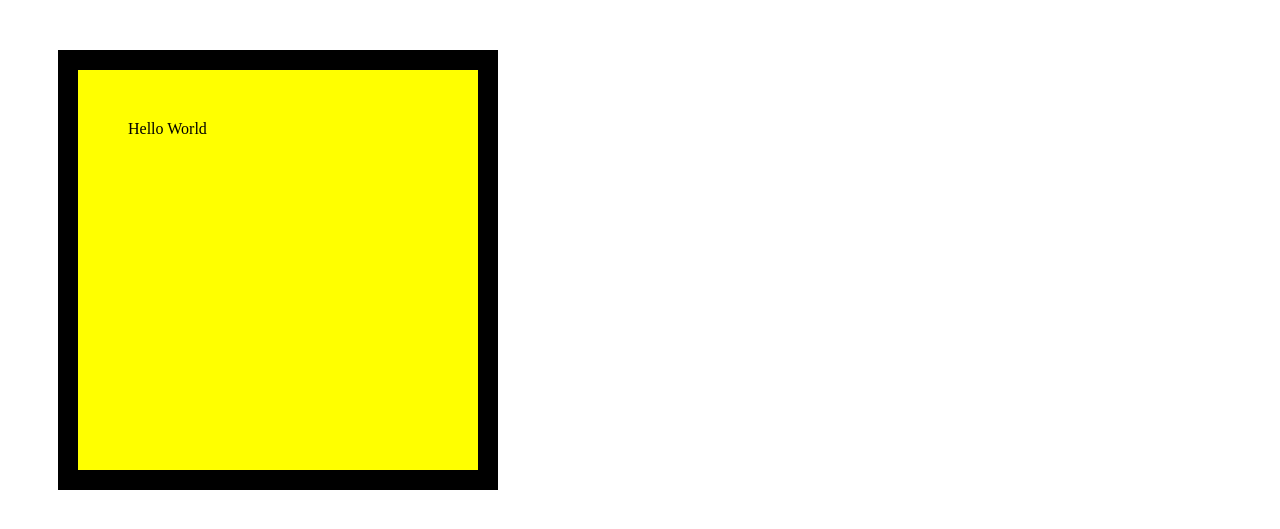
Repository: hminah0215/bitcamp
Page: http://localhost/day0217b/exam02/ex02.jsp
The author's editor kept a copy of each file at every save. The page is drawn from the files as they stood at one save, then again after the next save.
The browser window is 1280 px wide. The pictures show the whole page.
The page is served by Tomcat 9.

Above is the page before, as saved 2020-02-17 06:18:49.

After the next save:
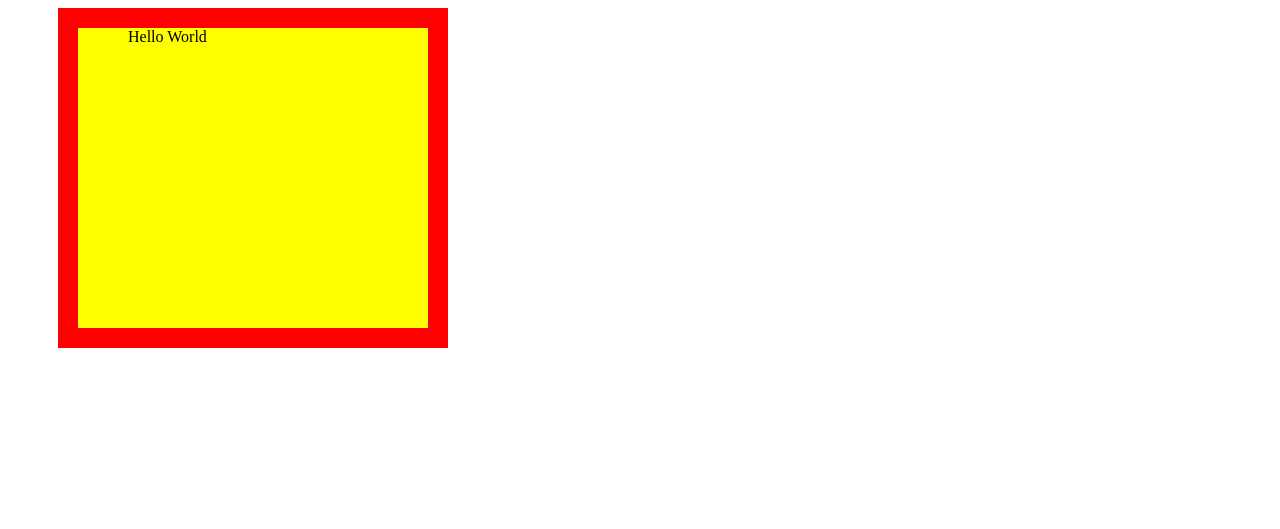
Saved 60 s later.
--- a/save_eclipse/day0217b/WebContent/exam02/ex02.jsp
+++ b/save_eclipse/day0217b/WebContent/exam02/ex02.jsp
@@ -10,9 +10,9 @@
 		width: 300px;
 		height: 300px;
 		background-color: yellow;
-		border: solid 20px;
-		margin: 50px;
-		padding : 50px;
+		border: solid 20px red;
+		margin-left: 50px;
+		padding-left: 50px;
 	}
 
 </style>
